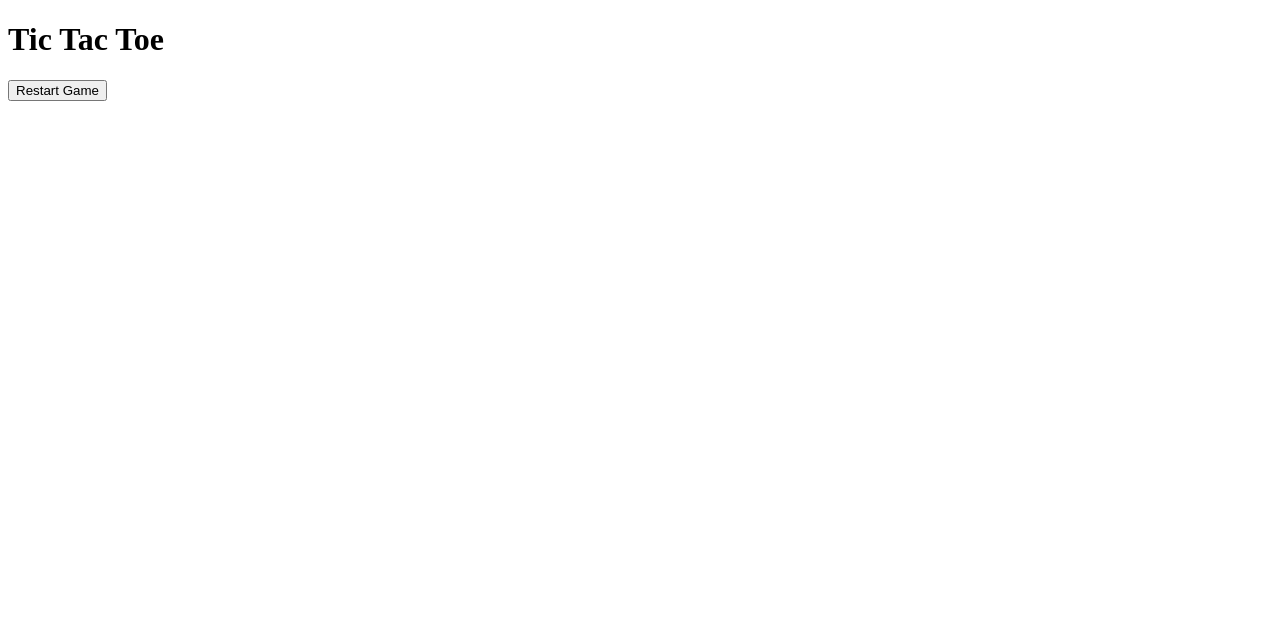
Repository: Tracy-maker/wordpress-camp
Page: week-1/homework/index.html
The author's editor kept a copy of each file at every save. The page is drawn from the files as they stood at one save, then again after the next save.
The browser window is 1280 px wide. The pictures show the whole page.

Above is the page before, as saved 2024-05-16 21:14:55.
Console error: TypeError: Cannot read properties of null (reading 'style')

After the next save:
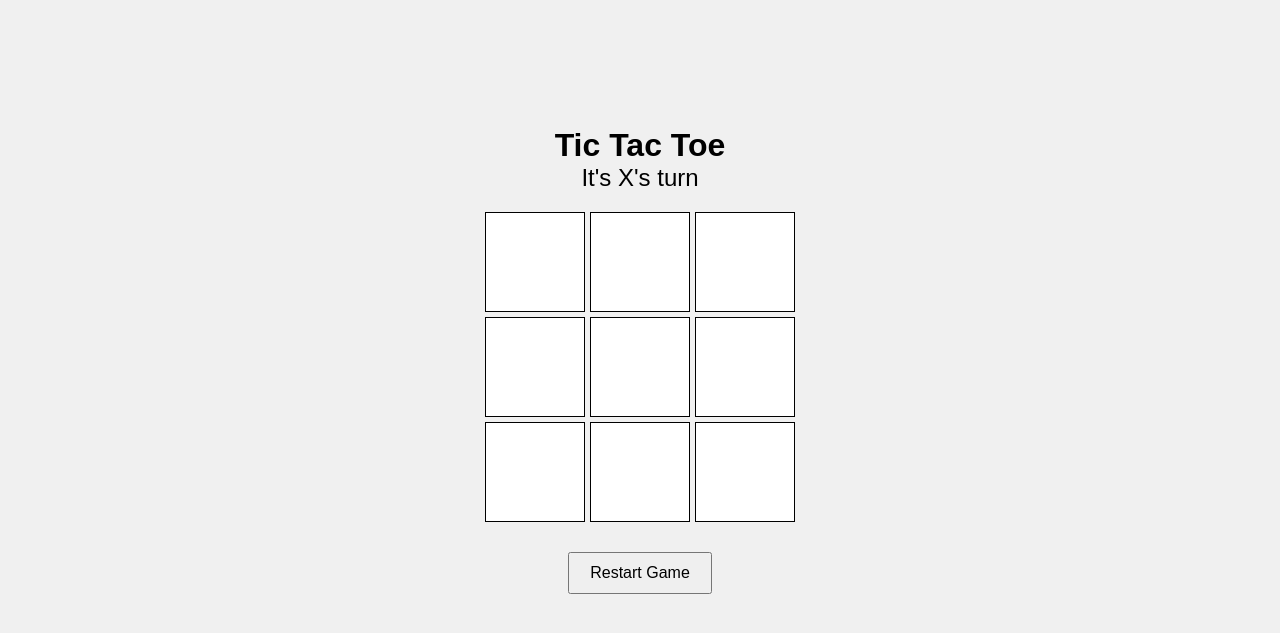
The error is gone.
Saved 6 min 9 s later.
--- a/week-1/homework/index.html
+++ b/week-1/homework/index.html
@@ -1,18 +1,18 @@
 <!DOCTYPE html>
 <html lang="en">
-  <head>
-    <meta charset="UTF-8" />
-    <meta name="viewport" content="width=device-width, initial-scale=1.0" />
+<head>
+    <meta charset="UTF-8">
+    <meta name="viewport" content="width=device-width, initial-scale=1.0">
     <title>Tic Tac Toe</title>
-    <link rel="stylesheet" href="styles.css" />
-  </head>
-  <body>
+    <link rel="stylesheet" href="styles.css">
+</head>
+<body>
     <div class="game-container">
-      <h1>Tic Tac Toe</h1>
-      <div></div>
-      <div></div>
-      <button>Restart Game</button>
+        <h1>Tic Tac Toe</h1>
+        <div id="status" class="status"></div>
+        <div id="game-board" class="game-board"></div>
+        <button id="restart" class="restart-button">Restart Game</button>
     </div>
     <script src="script.js"></script>
-  </body>
+</body>
 </html>
--- a/week-1/homework/styles.css
+++ b/week-1/homework/styles.css
@@ -1 +1,51 @@
-/* styles.css
+
+* {
+    box-sizing: border-box;
+    margin: 0;
+    padding: 0;
+}
+
+body {
+    display: flex;
+    justify-content: center;
+    align-items: center;
+    height: 100vh;
+    font-family: Arial, sans-serif;
+    background-color: #f0f0f0;
+}
+
+.game-container {
+    text-align: center;
+}
+
+.game-board {
+    display: grid;
+    gap: 5px;
+    margin: 20px auto;
+    width: max-content;
+}
+
+.cell {
+    width: 100px;
+    height: 100px;
+    display: flex;
+    justify-content: center;
+    align-items: center;
+    font-size: 2em;
+    background-color: #fff;
+    border: 1px solid #000;
+    cursor: pointer;
+    user-select: none;
+}
+
+.status {
+    margin-bottom: 10px;
+    font-size: 1.5em;
+}
+
+.restart-button {
+    margin-top: 10px;
+    padding: 10px 20px;
+    font-size: 1em;
+    cursor: pointer;
+}
